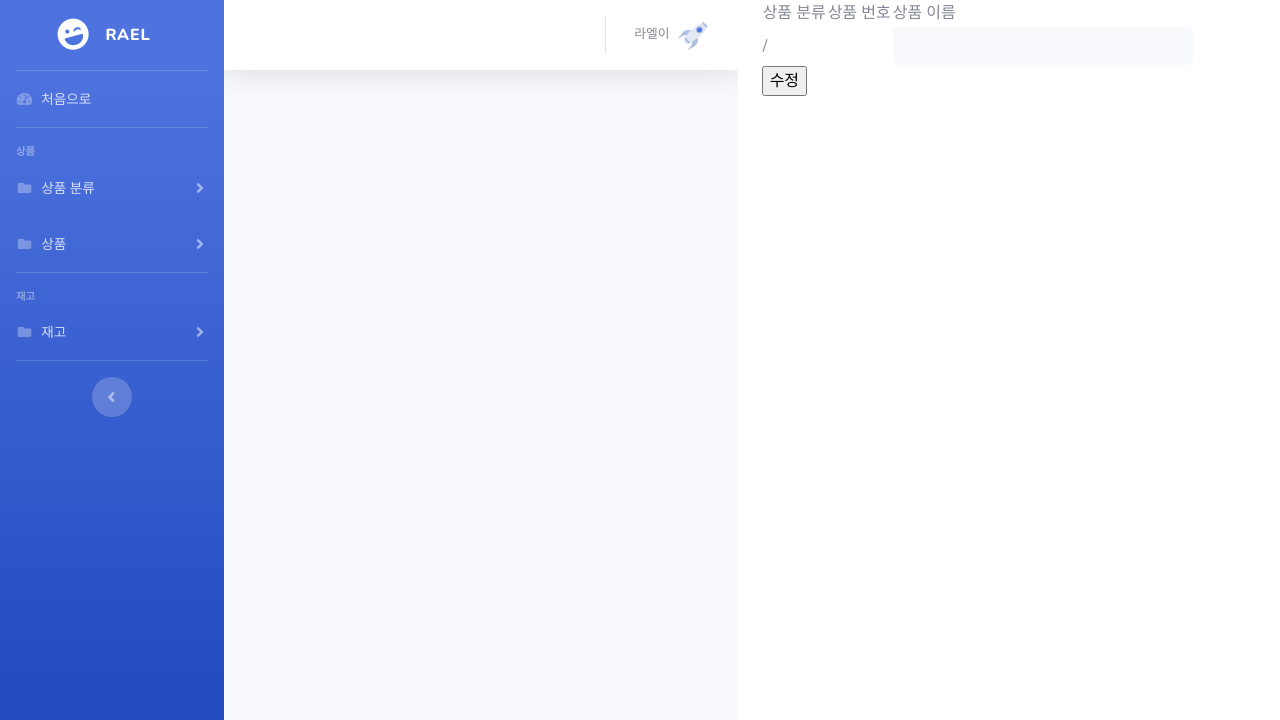
Repository: sww232/springRaelProject
Page: http://localhost/rael/WEB-INF/views/product/product_update_modifypage.jsp
The author's editor kept a copy of each file at every save. The page is drawn from the files as they stood at one save, then again after the next save.
The browser window is 1280 px wide. The pictures show the whole page.
The page is served by Tomcat 9. Nobody is signed in. Other server files are loaded and not shown. The template is opened directly, without the code that normally fills it, so the values that code supplies are empty.

Above is the page before, as saved 2022-10-07 00:37:10.

### raelproject3/rael/src/main/webapp/WEB-INF/views/product/product_update_modifypage.jsp
<%@ page language="java" contentType="text/html; charset=UTF-8" pageEncoding="UTF-8"%>
<%@ taglib uri="http://java.sun.com/jsp/jstl/core" prefix="c" %>
<%@ taglib prefix="sql" uri="http://java.sun.com/jsp/jstl/sql" %>
<%@ taglib prefix="fmt" uri="http://java.sun.com/jsp/jstl/fmt" %>
<!DOCTYPE html>
<html>
<head>
<head>
	    <meta name="viewport" content="width=device-width, initial-scale=1, shrink-to-fit=no">
	    <meta name="description" content="">
	    <meta name="author" content="">
	    <meta charset="UTF-8">
			<title>메인</title>

		<link href="vendor/fontawesome-free/css/all.min.css" rel="stylesheet" type="text/css">
	    <link
	        href="https://fonts.googleapis.com/css?family=Nunito:200,200i,300,300i,400,400i,600,600i,700,700i,800,800i,900,900i"
	        rel="stylesheet">

	    <!-- Custom styles for this template -->
	    <link href="css/sb-admin-2.min.css" rel="stylesheet">
	    <script src="vendor/jquery/jquery.min.js"></script>
	    <script src="vendor/bootstrap/js/bootstrap.bundle.min.js"></script>

	    <!-- Core plugin JavaScript-->
	    <script src="vendor/jquery-easing/jquery.easing.min.js"></script>

	    <!-- Custom scripts for all pages-->
	    <script src="js/sb-admin-2.min.js"></script>

	    <!-- Page level plugins -->
	    <script src="vendor/datatables/jquery.dataTables.min.js"></script>
	    <script src="vendor/datatables/dataTables.bootstrap4.min.js"></script>

	    <!-- Page level custom scripts -->
	    <script src="js/demo/datatables-demo.js"></script>

	    <!-- Custom styles for this page -->
	    <link href="vendor/datatables/dataTables.bootstrap4.min.css" rel="stylesheet">

	</head>
	<body id="page-top">
	<form>
		<div class="modal fade" id="moaModal1" tabindex="-1" role="dialog" aria-labelledby="exampleModalLabel" aria-hidden="true">

			<div class="modal-dialog" role="document">
				<div class="modal-content">
					<div class="modal-header">
						<h5 class="modal-title" id="exampleModalLabel">상품 등록을 위한 카테고리 선택</h5>
						<button class="close" type="button" data-dismiss="modal" aria-label="Close">
							<span aria-hidden="true">x</span>
						</button>
						</div>
						<div class="modal-body">
							<select name="categoryBox1" id="categoryBox1">
								<option value="defaultValue" selected></option>
								<c:forEach var="list" items="${categorynums}">
									<option value="${list}">
										${list}
									</option>
								</c:forEach>
							</select>
						</div>
					<div class="modal-footer">
						<button class="btn btn-primary" type="button" data-dismiss="modal">Cancel</button>
						<button class="btn btn-primary" type="submit" formaction="/product/product_insert">Choice</button>
					</div>
				</div>
			</div>
		</div>
		<div class="modal fade" id="moaModal2" tabindex="-1" role="dialog" aria-labelledby="exampleModalLabel" aria-hidden="true">

			<div class="modal-dialog" role="document">
				<div class="modal-content">
					<div class="modal-header">
						<h5 class="modal-title" id="exampleModalLabel">상품 추가 등록을 위한 카테고리 선택</h5>
						<button class="close" type="button" data-dismiss="modal" aria-label="Close">
							<span aria-hidden="true">x</span>
						</button>
						</div>
						<div class="modal-body">
							<select name="categoryBox2" id="categoryBox2">
								<option value="defaultValue" selected></option>
								<c:forEach var="list" items="${categorynums}">
									<option value="${list}">
										${list}
									</option>
								</c:forEach>
							</select>
						</div>
					<div class="modal-footer">
						<button class="btn btn-primary" type="button" data-dismiss="modal">Cancel</button>
						<button class="btn btn-primary" type="submit" formaction="/product/product_insert_detail">Choice</button>
					</div>
				</div>
			</div>
		</div>
		<div class="modal fade" id="moaModal3" tabindex="-1" role="dialog" aria-labelledby="exampleModalLabel" aria-hidden="true">

			<div class="modal-dialog" role="document">
				<div class="modal-content">
					<div class="modal-header">
						<h5 class="modal-title" id="exampleModalLabel">상품명/상세정보 수정을 위한 카테고리 선택</h5>
						<button class="close" type="button" data-dismiss="modal" aria-label="Close">
							<span aria-hidden="true">x</span>
						</button>
						</div>
						<div class="modal-body">
							<select name="categoryBox3" id="categoryBox3">
								<option value="defaultValue" selected></option>
								<c:forEach var="list" items="${categorynums}">
									<option value="${list}">
										${list}
									</option>
								</c:forEach>
							</select>
						</div>
					<div class="modal-footer">
						<button class="btn btn-primary" type="button" data-dismiss="modal">Cancel</button>
						<button class="btn btn-primary" type="submit" formaction="/product/product_update">Choice</button>
					</div>
				</div>
			</div>
		</div>
	</form>
	<div id="wrapper">
		 <ul class="navbar-nav bg-gradient-primary sidebar sidebar-dark accordion" id="accordionSidebar">

            <!-- Sidebar - Brand -->
            <a class="sidebar-brand d-flex align-items-center justify-content-center" href="/">
                <div class="sidebar-brand-icon rotate-n-15">
                    <i class="fas fa-laugh-wink"></i>
                </div>
                <div class="sidebar-brand-text mx-3">RAEL</div>
            </a>

            <!-- Divider -->
            <hr class="sidebar-divider my-0">

            <!-- Nav Item - Dashboard -->
            <li class="nav-item">
                <a class="nav-link" href="/">
                    <i class="fas fa-fw fa-tachometer-alt"></i>
                    <span>처음으로</span></a>
            </li>

            <!-- Divider -->
            <hr class="sidebar-divider">

            <!-- Heading -->
            <div class="sidebar-heading">
                상품
            </div>

            <!-- Nav Item - Pages Collapse Menu -->
            <li class="nav-item">
                <a class="nav-link collapsed" href="#" data-toggle="collapse" data-target="#collapseTwo"
                    aria-expanded="true" aria-controls="collapseTwo">
                    <i class="fas fa-fw fa-folder"></i>
                    <span>상품 분류</span>
                </a>
                <div id="collapseTwo" class="collapse" aria-labelledby="headingTwo" data-parent="#accordionSidebar">
                    <div class="bg-white py-2 collapse-inner rounded">
                        <h6 class="collapse-header">상풍 분류 탭</h6>
                        <a class="collapse-item" href="#" data-toggle="modal" data-target="#moaModal1">
							<i class="fas fa-arrow-right"></i>상품 등록
						</a>
						<a class="collapse-item" href="#" data-toggle="modal" data-target="#moaModal2">
							<i class="fas fa-arrow-right"></i>상품 추가 등록
						</a>
						<a class="collapse-item" href="#" data-toggle="modal" data-target="#moaModal3">
							<i class="fas fa-arrow-right"></i>상품명/상세정보 수정
						</a>
                    </div>
                </div>
            </li>

            <!-- Nav Item - Utilities Collapse Menu -->
            <li class="nav-item">
                <a class="nav-link collapsed" href="#" data-toggle="collapse" data-target="#collapseUtilities"
                    aria-expanded="true" aria-controls="collapseUtilities">
                    <i class="fas fa-fw fa-folder"></i>
                    <span>상품</span>
                </a>
                <div id="collapseUtilities" class="collapse" aria-labelledby="headingUtilities"
                    data-parent="#accordionSidebar">
                    <div class="bg-white py-2 collapse-inner rounded">
                        <h6 class="collapse-header">상품 탭</h6>
                        <a class="collapse-item" href="/product/all_select?page=1&recordSize=10&pageSize=10">상품 조회</a>
                        <a class="collapse-item" href="#" data-toggle="modal" data-target="#moaModal1">
							<i class="fas fa-arrow-right"></i>상품 등록
						</a>
						<a class="collapse-item" href="#" data-toggle="modal" data-target="#moaModal2">
							<i class="fas fa-arrow-right"></i>상품 추가 등록
						</a>
						<a class="collapse-item" href="#" data-toggle="modal" data-target="#moaModal3">
							<i class="fas fa-arrow-right"></i>상품명/상세정보 수정
						</a>
                    </div>
                </div>
            </li>

            <!-- Divider -->
            <hr class="sidebar-divider">

            <!-- Heading -->
            <div class="sidebar-heading">
                재고
            </div>

            <!-- Nav Item - Pages Collapse Menu -->
            <li class="nav-item">
                <a class="nav-link collapsed" href="#" data-toggle="collapse" data-target="#collapsePages"
                    aria-expanded="true" aria-controls="collapsePages">
                    <i class="fas fa-fw fa-folder"></i>
                    <span>재고</span>
                </a>
                <div id="collapsePages" class="collapse" aria-labelledby="headingPages" data-parent="#accordionSidebar">
                    <div class="bg-white py-2 collapse-inner rounded">
                        <h6 class="collapse-header">재고</h6>
                        <a class="collapse-item" href="/stock/stock_select?page=1&recordSize=10&pageSize=10">재고 조회 및 입/출고</a>
                        <div class="collapse-divider"></div>
                        <h6 class="collapse-header">재고 입/출고</h6>
                        <a class="collapse-item" href="/stock/stock_history?page=1&recordSize=10&pageSize=10">내역</a>
                        <a class="collapse-item" href="/stock/stock_history_cancel?page=1&recordSize=10&pageSize=10">취소</a>
                    </div>
                </div>
            </li>

            <!-- Divider -->
            <hr class="sidebar-divider d-none d-md-block">

            <!-- Sidebar Toggler (Sidebar) -->
            <div class="text-center d-none d-md-inline">
                <button class="rounded-circle border-0" id="sidebarToggle"></button>
            </div>

        </ul>

        <!-- End of Sidebar -->

        <!-- Content Wrapper -->
        <div id="content-wrapper" class="d-flex flex-column">

            <!-- Main Content -->
            <div id="content">

                <!-- Topbar -->
                <nav class="navbar navbar-expand navbar-light bg-white topbar mb-4 static-top shadow">

                    <!-- Sidebar Toggle (Topbar) -->
                    <form class="form-inline">
                        <button id="sidebarToggleTop" class="btn btn-link d-md-none rounded-circle mr-3">
                            <i class="fa fa-bars"></i>
                        </button>
                    </form>

                    <!-- Topbar Search
                    <form
                        class="d-none d-sm-inline-block form-inline mr-auto ml-md-3 my-2 my-md-0 mw-100 navbar-search">
                        <div class="input-group">
                            <input type="text" class="form-control bg-light border-0 small" placeholder="Search for..."
                                aria-label="Search" aria-describedby="basic-addon2">
                            <div class="input-group-append">
                                <button class="btn btn-primary" type="button">
                                    <i class="fas fa-search fa-sm"></i>
                                </button>
                            </div>
                        </div>
                    </form>
					-->
                    <!-- Topbar Navbar -->
                    <ul class="navbar-nav ml-auto">

                        <!-- Nav Item - Search Dropdown (Visible Only XS) -->
                        <li class="nav-item dropdown no-arrow d-sm-none">
                            <a class="nav-link dropdown-toggle" href="#" id="searchDropdown" role="button"
                                data-toggle="dropdown" aria-haspopup="true" aria-expanded="false">
                                <i class="fas fa-search fa-fw"></i>
                            </a>
                            <!-- Dropdown - Messages -->
                            <div class="dropdown-menu dropdown-menu-right p-3 shadow animated--grow-in"
                                aria-labelledby="searchDropdown">
                                <form class="form-inline mr-auto w-100 navbar-search">
                                    <div class="input-group">
                                        <input type="text" class="form-control bg-light border-0 small"
                                            placeholder="Search for..." aria-label="Search"
                                            aria-describedby="basic-addon2">
                                        <div class="input-group-append">
                                            <button class="btn btn-primary" type="button">
                                                <i class="fas fa-search fa-sm"></i>
                                            </button>
                                        </div>
                                    </div>
                                </form>
                            </div>
                        </li>
                        <div class="topbar-divider d-none d-sm-block"></div>

                        <!-- Nav Item - User Information -->
                        <li class="nav-item dropdown no-arrow">
                            <a class="nav-link dropdown-toggle" href="#" id="userDropdown" role="button"
                                data-toggle="dropdown" aria-haspopup="true" aria-expanded="false">
                                <span class="mr-2 d-none d-lg-inline text-gray-600 small">라엘이</span>
                                <img class="img-profile rounded-circle"
                                    src="img/undraw_rocket.svg">
                            </a>
                            <!-- Dropdown - User Information -->
                            <div class="dropdown-menu dropdown-menu-right shadow animated--grow-in"
                                aria-labelledby="userDropdown">
                                <div class="dropdown-divider"></div>
                                <a class="dropdown-item" href="#" data-toggle="modal" data-target="#logoutModal">
                                    <i class="fas fa-sign-out-alt fa-sm fa-fw mr-2 text-gray-400"></i>
                                    Logout
                                </a>
                            </div>
                        </li>

                    </ul>

                </nav>
    <!-- End of Topbar -->
    	</div>
	</div>
	<div class="container">
	<form method="post" action="product_update/UPDATE">
	<input type="hidden" name="categoryBox" value="${categoryBox}" readonly>
	<input type="hidden" class="form-control bg-light border-0 small" name="product num for modify" value="${data.PRODUCTNUM}" readonly>
		<table class="rwd-table">
				<thead>
					<tr>
						<td>상품 분류</td>
						<td>상품 번호</td>
						<td>상품 이름</td>
					</tr>
				</thead>

				<tbody>
					<tr>
						<td>${data.PRODUCTCATEGORYNUM}/${data.PRODUCTCATEGORYNAME}</td>
						<td>${data.PRODUCTNUM}</td>
						<td><input type="text" class="form-control bg-light border-0 small" name="product name for modify" value="${data.PRODUCTNAME}" style="text-align:center; width:300px"></td>

					</tr>
				</tbody>
			</table>
			<input type="submit" value="수정">
		</form>
	</div>
</body>
</html>

### raelproject3/rael/src/main/resources/static/img/undraw_rocket.svg
<?xml version="1.0" encoding="utf-8"?>
<!-- Generator: Adobe Illustrator 25.0.0, SVG Export Plug-In . SVG Version: 6.00 Build 0)  -->
<svg version="1.1" id="b759170a-51c3-4e2f-999d-77dec9fd6d11"
	 xmlns="http://www.w3.org/2000/svg" xmlns:xlink="http://www.w3.org/1999/xlink" x="0px" y="0px" viewBox="0 0 650.9 610.5"
	 style="enable-background:new 0 0 650.9 610.5;" xml:space="preserve">
<style type="text/css">
	.st0{fill:#AFC0E0;}
	.st1{opacity:0.2;fill:#FFFFFF;enable-background:new    ;}
	.st2{opacity:0.1;enable-background:new    ;}
	.st3{fill:#E3E8F4;}
	.st4{fill:#4E73DF;}
</style>
<path class="st0" d="M174,321c-2-1.6-4.2-3-6.6-4.2c-51.8-26.2-157,67.8-157,67.8L0,372.7c0,0,42.1-43.8,92.4-117.3
	c45.2-66.1,150.7-51.8,171.4-48.3c2.3,0.4,3.6,0.7,3.6,0.7C298.7,288.3,174,321,174,321z"/>
<path class="st1" d="M269.4,213.9c-0.6-2-1.3-4-2-6c0,0-1.2-0.2-3.6-0.7c-20.7-3.5-126.2-17.8-171.4,48.3C42.1,329,0,372.7,0,372.7
	l5.9,6.7c0,0,42.1-43.8,92.4-117.3C143.3,196.3,248,210.2,269.4,213.9z"/>
<path class="st0" d="M337.7,533.4c-79.2,40.8-127.8,77.1-127.8,77.1l-10.5-11.9c0,0,111.1-96.8,85.3-150.9c-0.5-1.2-1.2-2.3-1.9-3.4
	c0,0,47.9-119.6,123.9-78.5c0,0,0.1,1,0.2,2.9C407.8,387.8,409.7,496.3,337.7,533.4z"/>
<path class="st2" d="M174,321c-2-1.6-4.2-3-6.6-4.2c29.3-38.9,61.5-75.5,96.3-109.7c2.3,0.4,3.6,0.7,3.6,0.7
	C298.7,288.3,174,321,174,321z"/>
<path class="st2" d="M406.9,368.6c-38.6,29.6-79.4,56.1-122.3,79.1c-0.5-1.2-1.2-2.3-1.9-3.4c0,0,47.9-119.6,123.9-78.5
	C406.7,365.7,406.8,366.7,406.9,368.6z"/>
<path class="st3" d="M263.6,455.5c-20.3,10.4-41.6,20.5-64,30.2c-33.6,14.6-51.5-2.2-80.7-91.5c0,0,12.5-22.5,37.2-57
	c54.3-75.8,167.5-209.1,336.1-286.7C542.7,27.1,596.1,10.1,650.9,0c0,0-9.1,68.8-62,160.1S439.1,365.3,263.6,455.5z"/>
<circle class="st0" cx="435.6" cy="199.7" r="71.6"/>
<path class="st4" d="M469.2,237.9c-21,18.6-53.1,16.6-71.7-4.5c-7.8-8.8-12.2-20-12.7-31.8c-0.2-4.7,0.3-9.4,1.4-14
	c0.5-2,1.1-4.1,1.9-6c2.9-7.7,7.7-14.5,13.8-19.9c0.3-0.3,0.6-0.5,0.9-0.8c17.1-14.4,41.5-15.9,60.3-3.8c3.5,2.3,6.7,4.9,9.5,7.9
	l1,1.1C492.2,187.2,490.2,219.3,469.2,237.9C469.2,237.8,469.2,237.9,469.2,237.9z"/>
<path class="st0" d="M588.9,160.1c-83-35.2-96.8-109.6-96.8-109.6C542.7,27,596.1,10.1,650.9,0C650.9,0,641.8,68.8,588.9,160.1z"/>
<path class="st0" d="M263.6,455.5c-13.7,7.1-27.9,13.9-42.6,20.7c-7,3.2-14.1,6.4-21.4,9.5c-10.9,4.7-51.5-2.2-80.7-91.5
	c0,0,4.1-7.3,12.1-20c6.1-9.6,14.5-22.2,25.1-37c0,0,11,33.2,41.1,67.3C215.8,425.7,238.4,443,263.6,455.5z"/>
<path class="st3" d="M221,476.2c-7,3.2-14.1,6.4-21.4,9.5c-10.9,4.7-51.5-2.2-80.7-91.5c0,0,4.1-7.3,12.1-20
	C131,374.2,170.2,456.9,221,476.2z"/>
<path class="st1" d="M463.2,157l-0.1,0l-60.1,3.9c-0.3,0.3-0.6,0.5-0.9,0.8c-6.2,5.4-10.9,12.3-13.8,19.9l84.5-16.6L463.2,157z"/>
<path class="st1" d="M438.8,194.3l-53.9,7.3c-0.2-4.7,0.3-9.4,1.4-14l52.8,1.4L438.8,194.3z"/>
<path class="st1" d="M131.7,408.7c0,0,12.5-22.5,37.2-57C223.2,276,336.4,142.7,504.9,65c45.6-21.1,93.3-36.9,142.5-47.3
	C650.1,6.4,650.9,0,650.9,0c-54.8,10.1-108.2,27-158.7,50.5c-168.6,77.7-281.8,211-336.1,286.7c-24.7,34.4-37.2,57-37.2,57
	c11.5,35.3,26.6,57,40.5,70.3C149.4,451.4,139.7,433.3,131.7,408.7z"/>
</svg>

Loaded but not shown: raelproject3/rael/src/main/resources/static/css/sb-admin-2.min.css (library); raelproject3/rael/src/main/resources/static/js/sb-admin-2.min.js (common file); raelproject3/rael/src/main/resources/static/js/demo/datatables-demo.js (common file)

After the next save:
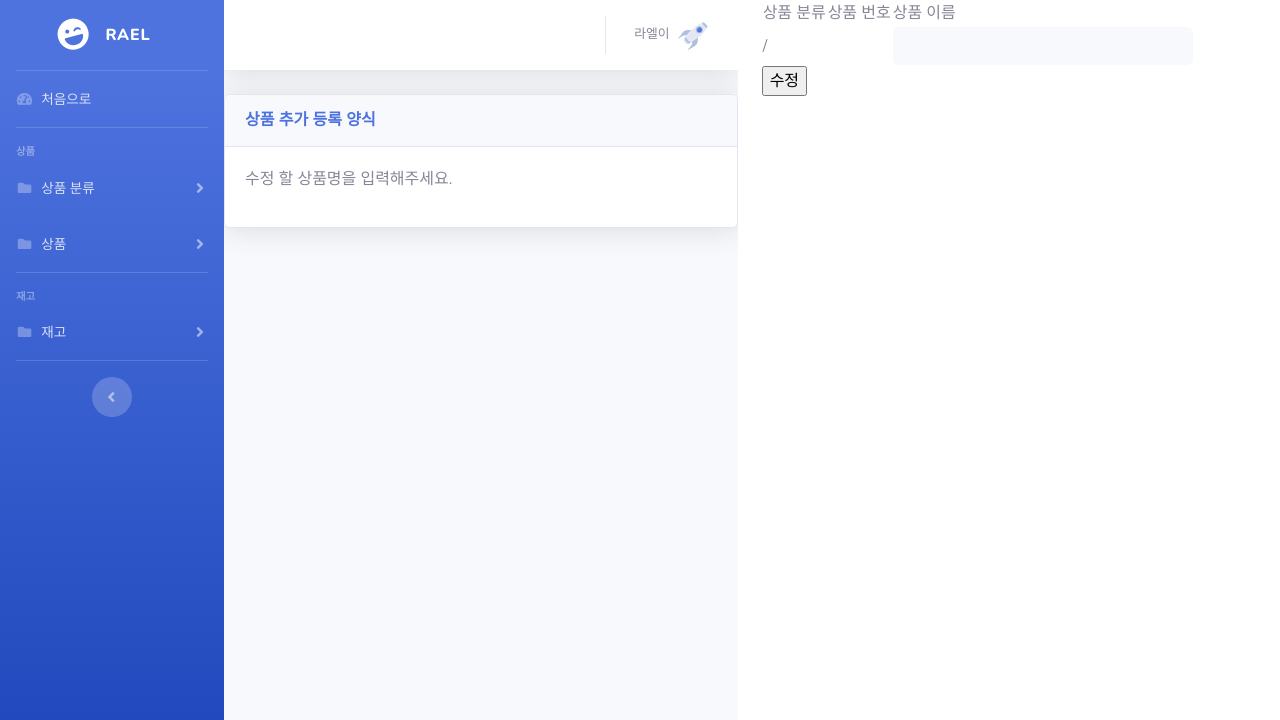
Saved 59 s later.
--- a/raelproject3/rael/src/main/webapp/WEB-INF/views/product/product_update_modifypage.jsp
+++ b/raelproject3/rael/src/main/webapp/WEB-INF/views/product/product_update_modifypage.jsp
@@ -320,6 +320,16 @@
 
                 </nav>
     <!-- End of Topbar -->
+			    <div class="card shadow mb-4">
+					<div class="card-header py-3 d-flex flex-row align-items-center justify-content-between">
+						<h6 class="m-0 font-weight-bold text-primary">상품 추가 등록 양식</h6>
+					</div>
+					<div class="card-body">
+						<p>
+							수정 할 상품명을 입력해주세요.
+						</p>
+					</div>
+				</div>
     	</div>
 	</div>
 	<div class="container">
@@ -340,7 +350,6 @@
 						<td>${data.PRODUCTCATEGORYNUM}/${data.PRODUCTCATEGORYNAME}</td>
 						<td>${data.PRODUCTNUM}</td>
 						<td><input type="text" class="form-control bg-light border-0 small" name="product name for modify" value="${data.PRODUCTNAME}" style="text-align:center; width:300px"></td>
-
 					</tr>
 				</tbody>
 			</table>
